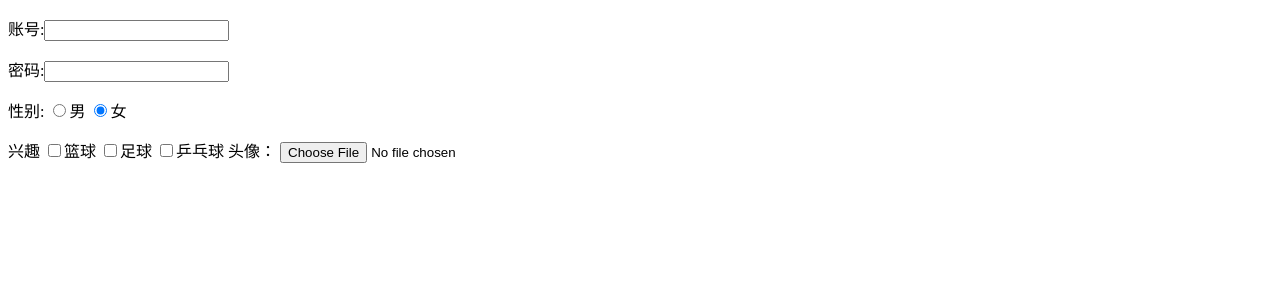
Repository: LYC-Android/JavaWebProject
Page: WebBasic/src/main/webapp/day02/demo1.html
These files come from the project's save history. The page is drawn as it stood at one moment and after the next save; the edit follows.
The browser window is 1280 px wide. The pictures show the whole page.

Above is the page before, as saved 2017-09-07 06:36:27.

### WebBasic/src/main/webapp/day02/demo1.html
<!DOCTYPE html>
<html>
<head>
<meta charset="UTF-8">
<title>Insert title here</title>
</head>
<body>
    <!-- 1.表单元素 用来声明数据提交的范围，只有在此元素内的数据可以提交给服务器 -->
    <form action=""></form>
    <!-- 2.表单控件:用户用来输入数据的 -->
     <!-- 1.input元素(9个) 它们之间用type属性来区分. -->

      <!-- 文本框 -->
      <p>
        账号:<input type="text" readonly="readonly" />
      </p>
      <!-- 密码框 -->
    密码:<input type="password">
    <!-- 单选框      组名:同一组radio互斥
    check设置默认选中
     -->
    <p>
     性别:
     <input type="radio" name="sex" checked="checked"/>男
     <input type="radio" name="sex" checked="checked"/>女
    </p>

    <!-- 多选框 -->
   兴趣
   <input type="checkbox">篮球
   <input type="checkbox">足球
   <input type="checkbox">乒乓球

   <!-- 文件框 -->
    头像：
    <input type="file">
	   <!-- 2.其他元素(3个) -->

</body>
</html>

After the next save:
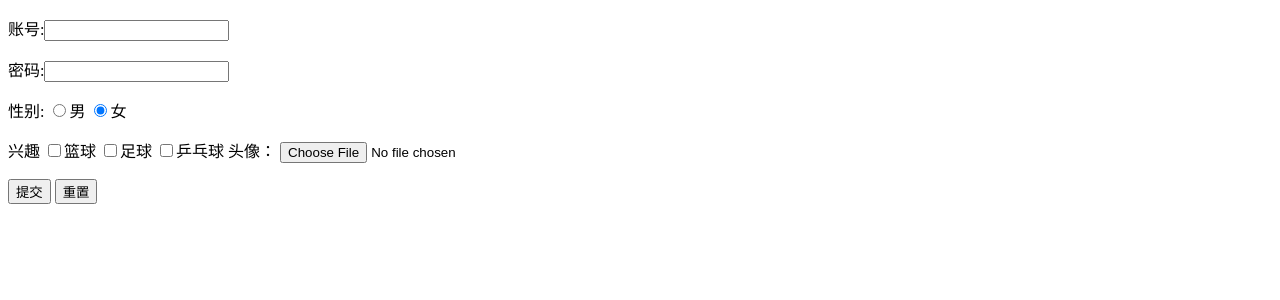
Saved 43 min 0 s later.
--- a/WebBasic/src/main/webapp/day02/demo1.html
+++ b/WebBasic/src/main/webapp/day02/demo1.html
@@ -36,5 +36,12 @@
     <input type="file">
 	   <!-- 2.其他元素(3个) -->
 
+	<!-- 按钮 -->
+	<p>
+	  <input type="submit" value="提交"/>
+	  <input type="reset" value="重置"/>
+
+	</p>
+
 </body>
 </html>
